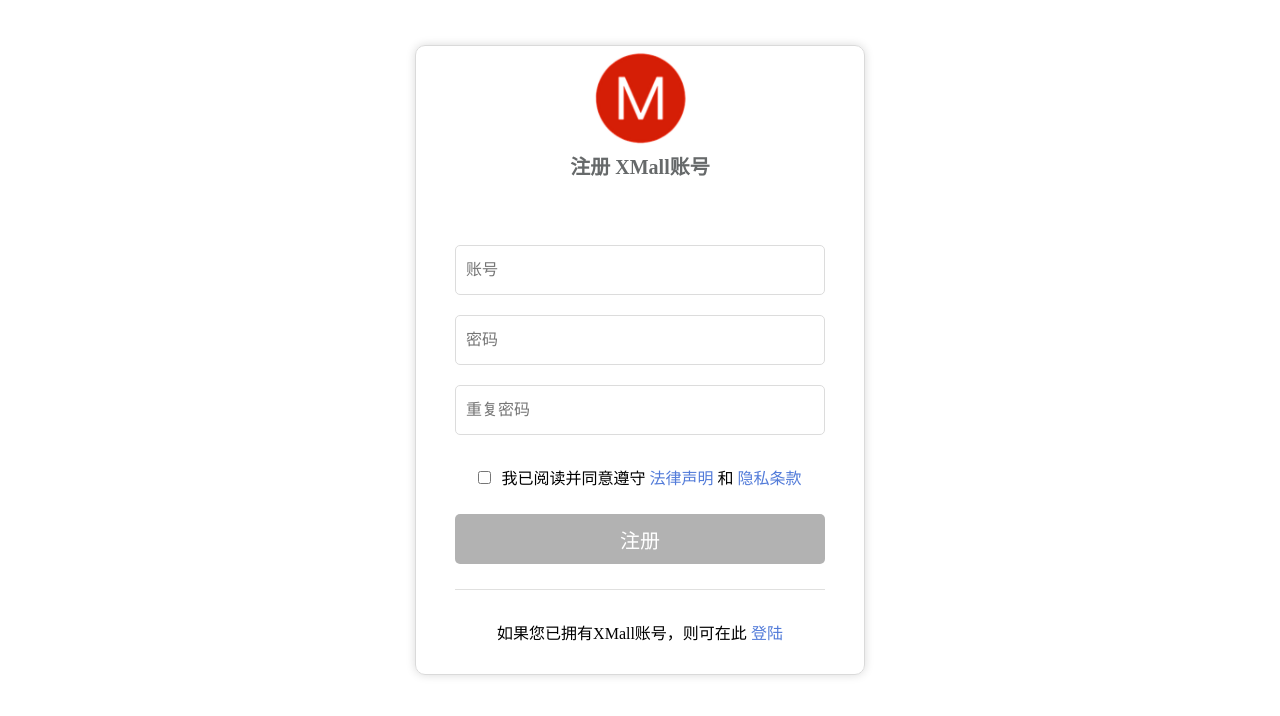
Repository: dingqihui1997/xmall-demo
Page: /signin
The author's editor kept a copy of each file at every save. The page is drawn from the files as they stood at one save, then again after the next save.
The browser window is 1280 px wide. The pictures show the whole page.
The project was rebuilt for these pictures with package versions that can differ from the ones it lists, and the page was loaded fresh each time. Also part of the build but not shown: vue.config.js, src/views/Home.vue.

Above is the page before, as saved 2021-06-29 17:37:16.

After the next save:
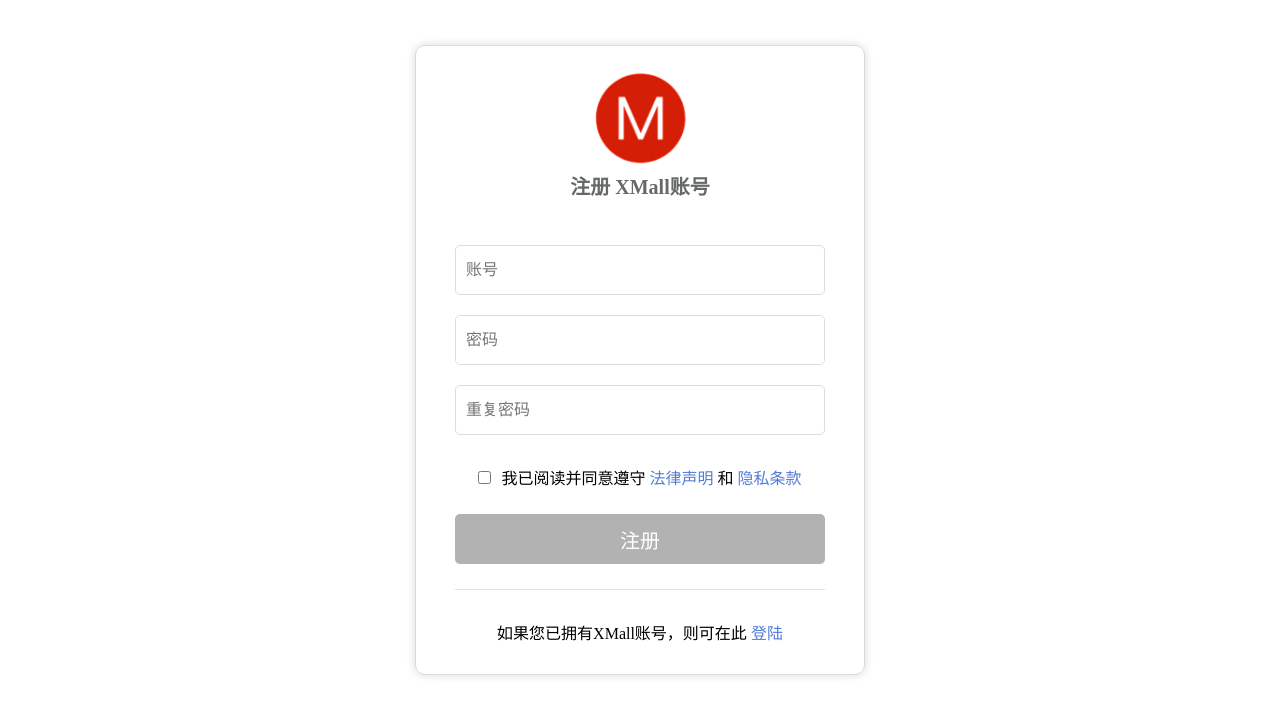
Saved 34 s later.
--- a/src/components/signin/Signin.vue
+++ b/src/components/signin/Signin.vue
@@ -121,7 +121,6 @@
   border: 1px solid #dadada;
   border-radius: 10px;
   box-shadow: 0 0 10px #dadada;
-  //   position: relative;
 }
 .one {
   height: 100vh;
@@ -132,8 +131,7 @@
   color: #66696a;
   font-weight: 700;
   margin-bottom: 35px;
-  //   position: absolute;
-  //   top: -20px;
+  padding-top: 20px;
 }
 .ipt {
   width: 370px;
